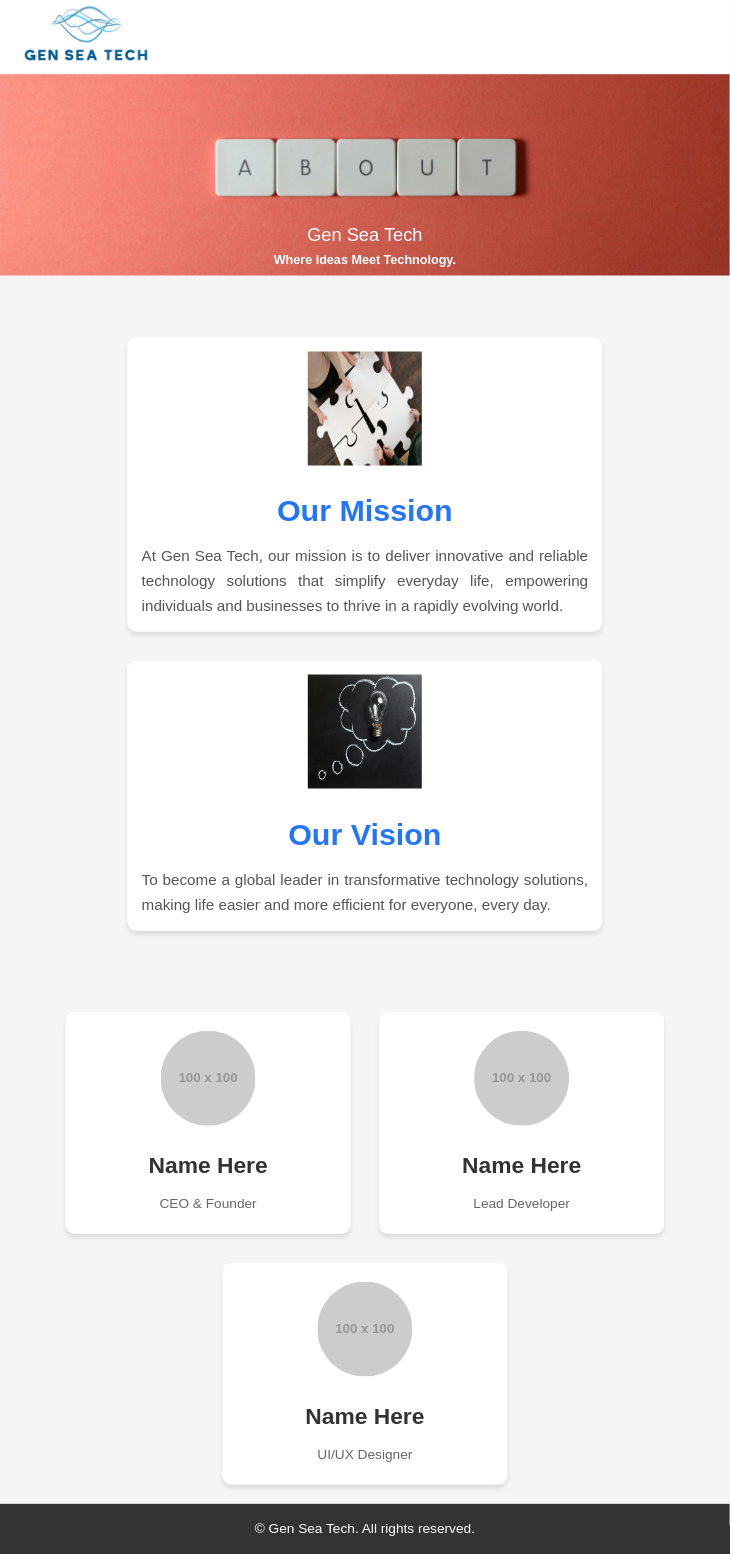
Repository: aniketkhatawkar/Gen_Sea_Tech
Page: http://localhost/GenSeaTech/about.jsp
The author's editor kept a copy of each file at every save. The page is drawn from the files as they stood at one save, then again after the next save.
The browser window is 768 px wide. The pictures show the whole page, at 95% of full size.
The page is served by Tomcat 10.

Above is the page before, as saved 2024-12-14 12:25:36.

After the next save:
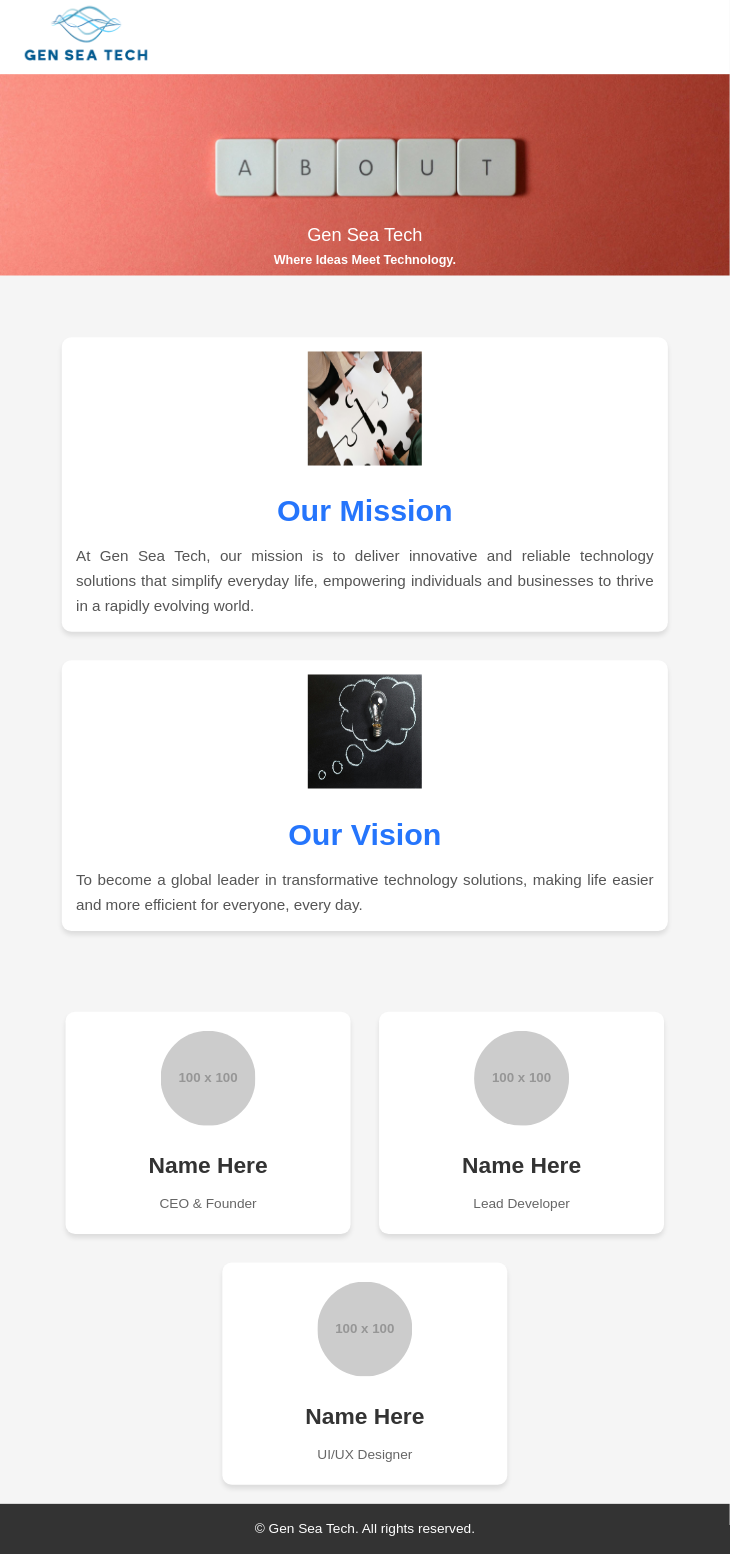
Saved 87 s later.
--- a/GenSeaTech/src/main/webapp/about.jsp
+++ b/GenSeaTech/src/main/webapp/about.jsp
@@ -123,7 +123,7 @@
 
         .mission-vision-card {
             width: 100%;
-            max-width: 500px;
+            max-width: 700px;
         }
 
         .about-card {
